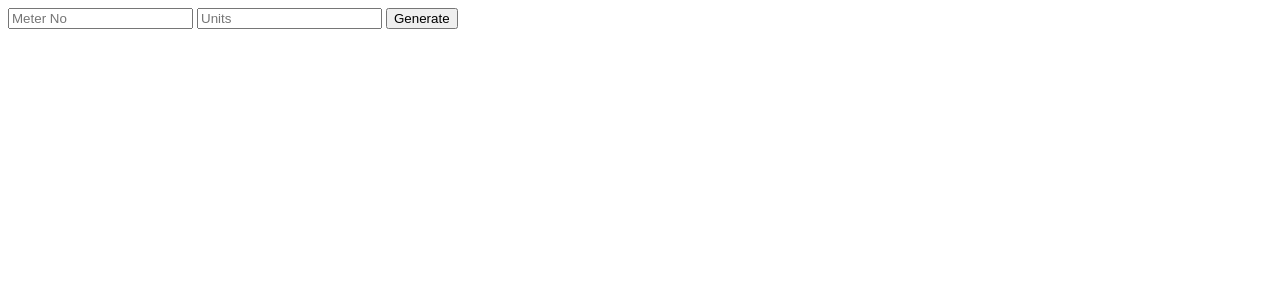
Repository: sasidhar1029/LocalFiles
Page: http://localhost/Electricity_Billing_System/generateBill.jsp
These files come from the project's save history. The page is drawn as it stood at one moment and after the next save; the edit follows.
The browser window is 1280 px wide. The pictures show the whole page.
The page is served by Tomcat 10. Other server files are loaded and not shown.

Above is the page before, as saved 2026-02-25 06:37:49.

### Electricity_Billing_System/src/main/webapp/generateBill.jsp
<%@ page language="java" contentType="text/html; charset=UTF-8"
    pageEncoding="UTF-8"%>
<!DOCTYPE html>
<html>
<head>
<meta charset="UTF-8">
<title>Insert title here</title>
</head>
<body>
<form action="generateBill" method="post">
<input name="meter" placeholder="Meter No">
<input name="units" placeholder="Units">
<button>Generate</button>
</form>
</body>
</html>

After the next save:
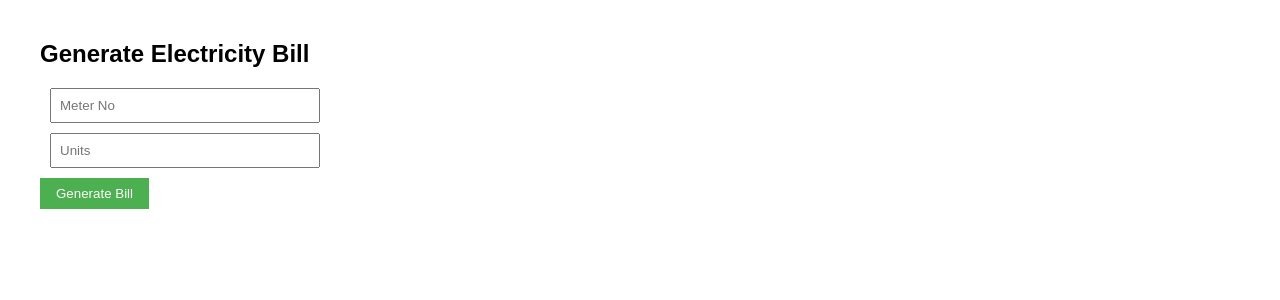
Saved 39 s later.
--- a/Electricity_Billing_System/src/main/webapp/generateBill.jsp
+++ b/Electricity_Billing_System/src/main/webapp/generateBill.jsp
@@ -1,16 +1,30 @@
 <%@ page language="java" contentType="text/html; charset=UTF-8"
-    pageEncoding="UTF-8"%>
+pageEncoding="UTF-8"%>
 <!DOCTYPE html>
 <html>
 <head>
 <meta charset="UTF-8">
-<title>Insert title here</title>
+<title>Generate Bill</title>
+
+<style>
+body{font-family:Arial;margin:40px}
+input{display:block;margin:10px;padding:8px;width:250px}
+button{padding:8px 16px;background:#4CAF50;color:#fff;border:none}
+</style>
+
 </head>
 <body>
+
+<h2>Generate Electricity Bill</h2>
+
 <form action="generateBill" method="post">
-<input name="meter" placeholder="Meter No">
-<input name="units" placeholder="Units">
-<button>Generate</button>
+
+<input name="meter" placeholder="Meter No" required>
+<input name="units" type="number" placeholder="Units" required>
+
+<button type="submit">Generate Bill</button>
+
 </form>
+
 </body>
 </html>
